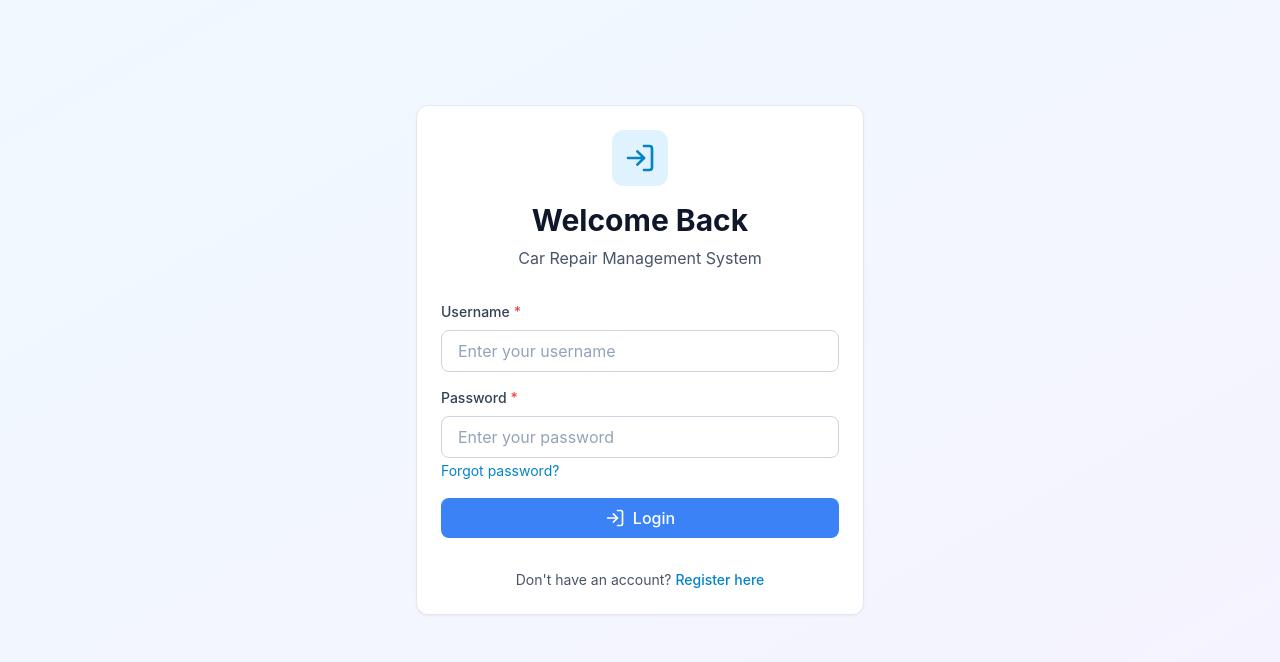
Repository: MUSABENDE-Michel/CRPMS
Page: / (app in frontend-project/)
These files come from the project's save history. The page is drawn as it stood at one moment and after the next save; the edit follows.
The browser window is 1280 px wide. The pictures show the whole page.
The page's requests for data from a server got no answer. The project was rebuilt for these pictures with package versions that can differ from the ones it lists, and the page was loaded fresh each time. No one was signed in, and anything a server would have sent is missing. Also part of the build but not shown: frontend-project/vite.config.js, frontend-project/src/components/Layout.jsx, frontend-project/src/pages/RegisterPage.jsx, frontend-project/src/pages/ForgotPasswordPage.jsx, frontend-project/src/pages/DashboardPage.jsx, frontend-project/src/pages/CarsPage.jsx, frontend-project/src/pages/ServicesPage.jsx, frontend-project/src/pages/ServiceRecordsPage.jsx and 1 more.

Above is the page before, as saved 2026-05-18 21:13:35.

### frontend-project/index.html
<!DOCTYPE html>
<html lang="en">
  <head>
    <meta charset="UTF-8" />
    <link rel="icon" type="image/svg+xml" href="/vite.svg" />
    <meta name="viewport" content="width=device-width, initial-scale=1.0" />
    <title>CRPMS - Car Repair Management System</title>
  </head>
  <body>
    <div id="root"></div>
    <script type="module" src="/src/main.jsx"></script>
  </body>
</html>

### frontend-project/src/main.jsx
import React from 'react';
import ReactDOM from 'react-dom/client';
import App from './App';
import './styles/index.css';

ReactDOM.createRoot(document.getElementById('root')).render(
  <React.StrictMode>
    <App />
  </React.StrictMode>
);

### frontend-project/src/App.jsx
import React from 'react';
import { BrowserRouter as Router, Routes, Route, Navigate } from 'react-router-dom';
import { AuthProvider } from './context/AuthContext';
import { ToastProvider } from './context/ToastContext';
import { useAuth } from './hooks/useCustomHooks';
import { ToastContainer } from './components/UI';
import Layout from './components/Layout';
import LoginPage from './pages/LoginPage';
import RegisterPage from './pages/RegisterPage';
import ForgotPasswordPage from './pages/ForgotPasswordPage';
import DashboardPage from './pages/DashboardPage';
import CarsPage from './pages/CarsPage';
import ServicesPage from './pages/ServicesPage';
import { ServiceRecordsPage, PaymentsPage } from './pages/ServiceRecordsPage';
import ReportsPage from './pages/ReportsPage';
import './styles/index.css';

// Protected Route Component
const ProtectedRoute = ({ children }) => {
  const { isAuthenticated, loading } = useAuth();

  if (loading) {
    return (
      <div className="min-h-screen flex items-center justify-center">
        <div className="spinner w-12 h-12"></div>
      </div>
    );
  }

  return isAuthenticated ? children : <Navigate to="/login" replace />;
};

// Public Route Component
const PublicRoute = ({ children }) => {
  const { isAuthenticated, loading } = useAuth();

  if (loading) {
    return (
      <div className="min-h-screen flex items-center justify-center">
        <div className="spinner w-12 h-12"></div>
      </div>
    );
  }

  return isAuthenticated ? <Navigate to="/dashboard" replace /> : children;
};

// App Routes Component
const AppRoutes = () => {
  return (
    <Routes>
      {/* Public Routes */}
      <Route
        path="/login"
        element={
          <PublicRoute>
            <LoginPage />
          </PublicRoute>
        }
      />
      <Route
        path="/register"
        element={
          <PublicRoute>
            <RegisterPage />
          </PublicRoute>
        }
      />
      <Route
        path="/forgot-password"
        element={
          <PublicRoute>
            <ForgotPasswordPage />
          </PublicRoute>
        }
      />

      {/* Protected Routes */}
      <Route
        path="/dashboard"
        element={
          <ProtectedRoute>
            <Layout>
              <DashboardPage />
            </Layout>
          </ProtectedRoute>
        }
      />
      <Route
        path="/cars"
        element={
          <ProtectedRoute>
            <Layout>
              <CarsPage />
            </Layout>
          </ProtectedRoute>
        }
      />
      <Route
        path="/services"
        element={
          <ProtectedRoute>
            <Layout>
              <ServicesPage />
            </Layout>
          </ProtectedRoute>
        }
      />
      <Route
        path="/service-records"
        element={
          <ProtectedRoute>
            <Layout>
              <ServiceRecordsPage />
            </Layout>
          </ProtectedRoute>
        }
      />
      <Route
        path="/payments"
        element={
          <ProtectedRoute>
            <Layout>
              <PaymentsPage />
            </Layout>
          </ProtectedRoute>
        }
      />
      <Route
        path="/reports"
        element={
          <ProtectedRoute>
            <Layout>
              <ReportsPage />
            </Layout>
          </ProtectedRoute>
        }
      />

      {/* Redirect to dashboard */}
      <Route path="/" element={<Navigate to="/dashboard" replace />} />
      <Route path="*" element={<Navigate to="/dashboard" replace />} />
    </Routes>
  );
};

// Main App Component
function App() {
  return (
    <Router>
      <AuthProvider>
        <ToastProvider>
          <AppRoutes />
          <ToastContainer />
        </ToastProvider>
      </AuthProvider>
    </Router>
  );
}

export default App;

### frontend-project/src/styles/index.css
@tailwind base;
@tailwind components;
@tailwind utilities;

@layer base {
  body {
    @apply bg-white dark:bg-slate-950 text-slate-900 dark:text-slate-50 transition-colors duration-300;
  }
}

@layer components {
  /* Buttons */
  .btn {
    @apply px-4 py-2 rounded-lg font-medium transition-all duration-200 focus:outline-none focus:ring-2 focus:ring-offset-2 dark:focus:ring-offset-slate-950;
  }

  .btn-primary {
    @apply btn bg-blue-500 text-white hover:bg-blue-600 focus:ring-blue-500;
  }

  .btn-secondary {
    @apply btn bg-purple-500 text-white hover:bg-purple-600 focus:ring-purple-500;
  }

  .btn-outline {
    @apply btn border-2 border-blue-500 text-blue-500 hover:bg-blue-50 dark:hover:bg-blue-950 focus:ring-blue-500;
  }

  .btn-danger {
    @apply btn bg-red-500 text-white hover:bg-red-600 focus:ring-red-500;
  }

  .btn-success {
    @apply btn bg-green-500 text-white hover:bg-green-600 focus:ring-green-500;
  }

  .btn-sm {
    @apply px-3 py-1 text-sm;
  }

  .btn-lg {
    @apply px-6 py-3 text-lg;
  }

  .btn-disabled {
    @apply opacity-50 cursor-not-allowed hover:opacity-50;
  }

  /* Cards */
  .card {
    @apply bg-white dark:bg-slate-900 rounded-xl shadow-sm border border-slate-200 dark:border-slate-800 p-6;
  }

  .card-hover {
    @apply card hover:shadow-md transition-shadow duration-200;
  }

  /* Forms */
  .form-group {
    @apply flex flex-col gap-2;
  }

  .form-label {
    @apply text-sm font-medium text-slate-700 dark:text-slate-300;
  }

  .form-input {
    @apply px-4 py-2 border border-slate-300 dark:border-slate-700 rounded-lg bg-white dark:bg-slate-800 text-slate-900 dark:text-slate-50 placeholder-slate-400 dark:placeholder-slate-600 focus:outline-none focus:ring-2 focus:ring-blue-500 focus:border-transparent transition-all duration-200;
  }

  .form-input-error {
    @apply border-red-500 focus:ring-red-500;
  }

  .form-error {
    @apply text-red-500 dark:text-red-400 text-xs mt-1;
  }

  /* Tables */
  .table-container {
    @apply overflow-x-auto rounded-lg border border-slate-200 dark:border-slate-800;
  }

  .table-header {
    @apply bg-slate-50 dark:bg-slate-800 border-b border-slate-200 dark:border-slate-700;
  }

  .table-row {
    @apply border-b border-slate-200 dark:border-slate-800 hover:bg-slate-50 dark:hover:bg-slate-800 transition-colors duration-150;
  }

  .table-cell {
    @apply px-6 py-4 text-sm text-slate-700 dark:text-slate-300;
  }

  /* Badges */
  .badge {
    @apply inline-flex items-center gap-2 px-3 py-1 rounded-full text-xs font-medium;
  }

  .badge-primary {
    @apply badge bg-blue-100 text-blue-800 dark:bg-blue-900 dark:text-blue-200;
  }

  .badge-secondary {
    @apply badge bg-purple-100 text-purple-800 dark:bg-purple-900 dark:text-purple-200;
  }

  .badge-success {
    @apply badge bg-green-100 text-green-800 dark:bg-green-900 dark:text-green-200;
  }

  .badge-warning {
    @apply badge bg-yellow-100 text-yellow-800 dark:bg-yellow-900 dark:text-yellow-200;
  }

  .badge-danger {
    @apply badge bg-red-100 text-red-800 dark:bg-red-900 dark:text-red-200;
  }

  /* Modals */
  .modal-overlay {
    @apply fixed inset-0 bg-black/50 dark:bg-black/70 flex items-center justify-center z-50;
  }

  .modal-content {
    @apply card max-w-md w-full mx-4 max-h-screen overflow-y-auto;
  }

  /* Alerts */
  .alert {
    @apply px-4 py-3 rounded-lg flex items-start gap-3 text-sm;
  }

  .alert-success {
    @apply alert bg-green-50 dark:bg-green-900/20 text-green-800 dark:text-green-200 border border-green-200 dark:border-green-800;
  }

  .alert-error {
    @apply alert bg-red-50 dark:bg-red-900/20 text-red-800 dark:text-red-200 border border-red-200 dark:border-red-800;
  }

  .alert-warning {
    @apply alert bg-yellow-50 dark:bg-yellow-900/20 text-yellow-800 dark:text-yellow-200 border border-yellow-200 dark:border-yellow-800;
  }

  .alert-info {
    @apply alert bg-blue-50 dark:bg-blue-900/20 text-blue-800 dark:text-blue-200 border border-blue-200 dark:border-blue-800;
  }

  /* Skeleton loaders */
  .skeleton {
    @apply bg-slate-200 dark:bg-slate-800 animate-pulse rounded;
  }

  .skeleton-text {
    @apply skeleton h-4 w-full;
  }

  .skeleton-avatar {
    @apply skeleton h-12 w-12 rounded-full;
  }

  /* Loading spinner */
  .spinner {
    @apply border-4 border-slate-200 dark:border-slate-700 border-t-blue-500 rounded-full animate-spin;
  }
}

@layer utilities {
  .gradient-primary {
    @apply bg-gradient-to-r from-blue-500 to-purple-500;
  }

  .gradient-text {
    @apply bg-gradient-to-r from-blue-500 to-purple-500 bg-clip-text text-transparent;
  }

  .flex-center {
    @apply flex items-center justify-center;
  }

  .flex-between {
    @apply flex items-center justify-between;
  }

  .grid-cols-auto {
    @apply grid grid-cols-1 sm:grid-cols-2 lg:grid-cols-3 xl:grid-cols-4 gap-4;
  }

  .scrollbar-hide::-webkit-scrollbar {
    display: none;
  }

  .scrollbar-hide {
    -ms-overflow-style: none;
    scrollbar-width: none;
  }
}

/* Animations */
@keyframes fade-in {
  from {
    opacity: 0;
  }
  to {
    opacity: 1;
  }
}

@keyframes slide-in {
  from {
    transform: translateX(-100%);
  }
  to {
    transform: translateX(0);
  }
}

.animate-fade-in {
  animation: fade-in 0.3s ease-in-out;
}

.animate-slide-in {
  animation: slide-in 0.3s ease-in-out;
}

### frontend-project/src/context/AuthContext.jsx
import React, { createContext, useState, useEffect, useRef, useCallback } from 'react';
import { authAPI } from '../api/apiClient';

export const AuthContext = createContext(null);

export const AuthProvider = ({ children }) => {
  const [user, setUser] = useState(null);
  const [isAuthenticated, setIsAuthenticated] = useState(false);
  const [loading, setLoading] = useState(true);
  const isMounted = useRef(true);

  useEffect(() => {
    isMounted.current = true;
    return () => {
      isMounted.current = false;
    };
  }, []);

  const checkAuth = useCallback(async () => {
    try {
      const response = await authAPI.getCurrentUser();
      if (isMounted.current) {
        if (response.data.success) {
          setUser(response.data.data);
          setIsAuthenticated(true);
        } else {
          setUser(null);
          setIsAuthenticated(false);
        }
      }
    } catch (error) {
      if (isMounted.current) {
        setUser(null);
        setIsAuthenticated(false);
      }
    } finally {
      if (isMounted.current) {
        setLoading(false);
      }
    }
  }, []);

  useEffect(() => {
    checkAuth();
    // eslint-disable-next-line react-hooks/exhaustive-deps
  }, []); // Empty dependency array - runs only once on mount

  const login = useCallback(async (username, password) => {
    const response = await authAPI.login({ username, password });
    if (response.data.success) {
      setUser(response.data.data);
      setIsAuthenticated(true);
      return response.data;
    }
    throw new Error(response.data.message || 'Login failed');
  }, []);

  const register = useCallback(async (username, password, confirmPassword, securityQuestion, securityAnswer) => {
    const response = await authAPI.register({
      username,
      password,
      confirmPassword,
      securityQuestion,
      securityAnswer,
    });
    if (response.data.success) {
      return response.data;
    }
    throw new Error(response.data.message || 'Registration failed');
  }, []);

  const logout = useCallback(async () => {
    try {
      await authAPI.logout();
    } catch (error) {
      console.error('Logout error:', error);
    } finally {
      setUser(null);
      setIsAuthenticated(false);
    }
  }, []);

  const value = {
    user,
    isAuthenticated,
    loading,
    login,
    register,
    logout,
  };

  return <AuthContext.Provider value={value}>{children}</AuthContext.Provider>;
};

### frontend-project/src/context/ToastContext.jsx
import React, { createContext, useState, useCallback } from 'react';

// Create context
export const ToastContext = createContext(null);

// Export the provider component
export const ToastProvider = ({ children }) => {
  const [toasts, setToasts] = useState([]);

  const addToast = useCallback((message, type = 'info') => {
    const id = Date.now();
    setToasts((prev) => [...prev, { id, message, type }]);

    // Auto remove after 3 seconds
    setTimeout(() => {
      setToasts((prev) => prev.filter((toast) => toast.id !== id));
    }, 3000);
  }, []);

  const removeToast = useCallback((id) => {
    setToasts((prev) => prev.filter((toast) => toast.id !== id));
  }, []);

  const value = {
    toasts,
    addToast,
    removeToast,
  };

  return (
    <ToastContext.Provider value={value}>
      {children}
    </ToastContext.Provider>
  );
};

### frontend-project/src/pages/LoginPage.jsx
import React, { useState } from 'react';
import { useNavigate, Link } from 'react-router-dom';
import { useAuth, useToast } from '../hooks/useCustomHooks';
import { FormGroup, Input, Loading } from '../components/UI';
import { validateUsername, validatePassword } from '../utils/helpers';
import { LogIn } from 'lucide-react';

const LoginPage = () => {
  const navigate = useNavigate();
  const { login } = useAuth();
  const { addToast } = useToast();
  const [loading, setLoading] = useState(false);
  const [errors, setErrors] = useState({});
  const [formData, setFormData] = useState({
    username: '',
    password: '',
  });

  const handleChange = (e) => {
    const { name, value } = e.target;
    setFormData((prev) => ({ ...prev, [name]: value }));
    setErrors((prev) => ({ ...prev, [name]: '' }));
  };

  const validate = () => {
    const newErrors = {};

    if (!formData.username) {
      newErrors.username = 'Username is required';
    } else if (!validateUsername(formData.username)) {
      newErrors.username = 'Username must be at least 3 characters';
    }

    if (!formData.password) {
      newErrors.password = 'Password is required';
    } else if (!validatePassword(formData.password)) {
      newErrors.password = 'Password must be at least 6 characters';
    }

    setErrors(newErrors);
    return Object.keys(newErrors).length === 0;
  };

  const handleSubmit = async (e) => {
    e.preventDefault();

    if (!validate()) return;

    try {
      setLoading(true);
      await login(formData.username, formData.password);
      addToast('Login successful!', 'success');
      navigate('/dashboard');
    } catch (error) {
      addToast(error.message || 'Login failed', 'error');
    } finally {
      setLoading(false);
    }
  };

  return (
    <div className="min-h-screen bg-gradient-to-br from-primary-50 to-secondary-50 dark:from-slate-900 dark:to-slate-950 flex items-center justify-center p-4">
      <div className="w-full max-w-md">
        <div className="card space-y-8">
          {/* Header */}
          <div className="text-center space-y-2">
            <div className="flex justify-center mb-4">
              <div className="p-3 bg-primary-100 dark:bg-primary-900/30 rounded-xl">
                <LogIn className="w-8 h-8 text-primary-600 dark:text-primary-400" />
              </div>
            </div>
            <h1 className="text-3xl font-bold text-slate-900 dark:text-white">Welcome Back</h1>
            <p className="text-slate-600 dark:text-slate-400">Car Repair Management System</p>
          </div>

          {/* Form */}
          <form onSubmit={handleSubmit} className="space-y-4">
            <FormGroup
              label="Username"
              error={errors.username}
              required
            >
              <Input
                type="text"
                name="username"
                placeholder="Enter your username"
                value={formData.username}
                onChange={handleChange}
                disabled={loading}
                error={!!errors.username}
              />
            </FormGroup>

            <FormGroup
              label="Password"
              error={errors.password}
              required
            >
              <Input
                type="password"
                name="password"
                placeholder="Enter your password"
                value={formData.password}
                onChange={handleChange}
                disabled={loading}
                error={!!errors.password}
              />
            </FormGroup>

            <Link
              to="/forgot-password"
              className="text-sm text-primary-600 dark:text-primary-400 hover:underline"
            >
              Forgot password?
            </Link>

            <button
              type="submit"
              disabled={loading}
              className="w-full btn btn-primary flex items-center justify-center gap-2"
            >
              {loading ? <Loading size="sm" /> : <LogIn className="w-5 h-5" />}
              {loading ? 'Logging in...' : 'Login'}
            </button>
          </form>

          {/* Register Link */}
          <div className="text-center text-sm text-slate-600 dark:text-slate-400">
            Don't have an account?{' '}
            <Link
              to="/register"
              className="text-primary-600 dark:text-primary-400 font-medium hover:underline"
            >
              Register here
            </Link>
          </div>
        </div>
      </div>
    </div>
  );
};

export default LoginPage;

Loaded but not shown: frontend-project/src/utils/helpers.js (240 lines, source omitted); frontend-project/src/api/apiClient.js (121 lines, source omitted); frontend-project/src/hooks/useCustomHooks.js (44 lines, source omitted); frontend-project/tailwind.config.js (54 lines, source omitted); frontend-project/src/components/UI.jsx (255 lines, source omitted)

After the next save:
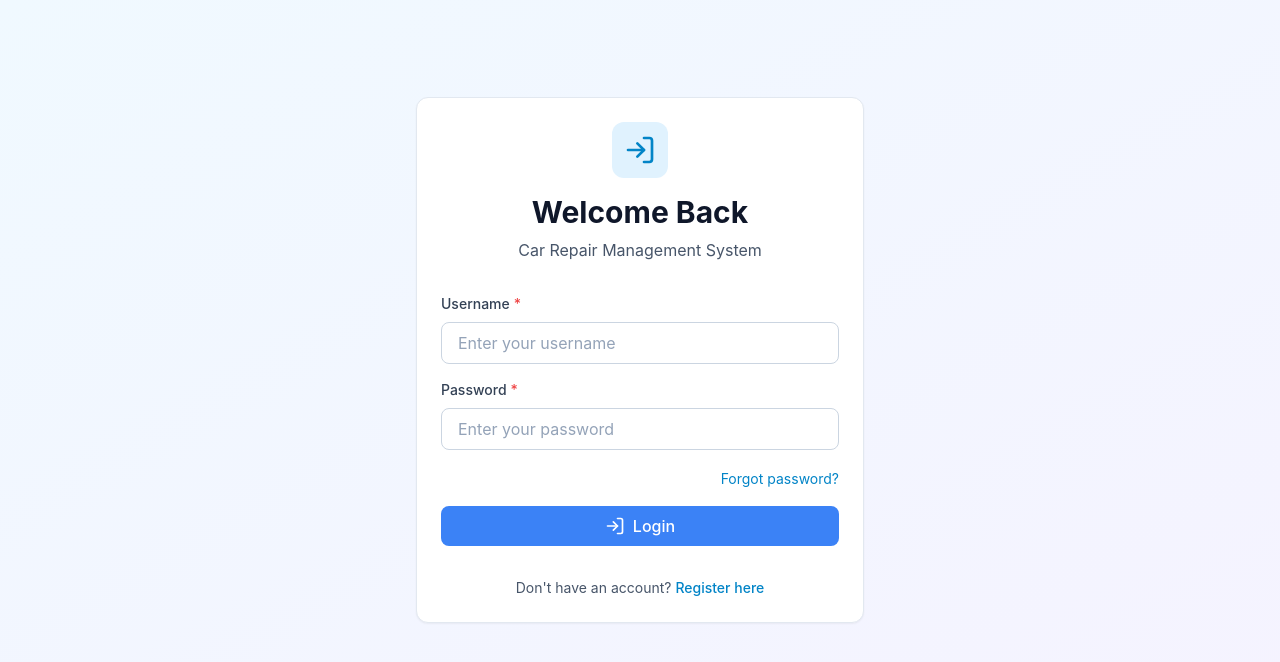
Saved 45 s later.
--- a/frontend-project/src/pages/LoginPage.jsx
+++ b/frontend-project/src/pages/LoginPage.jsx
@@ -1,13 +1,12 @@
-import React, { useState } from 'react';
+import React, { useState, useEffect } from 'react';
 import { useNavigate, Link } from 'react-router-dom';
 import { useAuth, useToast } from '../hooks/useCustomHooks';
 import { FormGroup, Input, Loading } from '../components/UI';
-import { validateUsername, validatePassword } from '../utils/helpers';
 import { LogIn } from 'lucide-react';
 
 const LoginPage = () => {
   const navigate = useNavigate();
-  const { login } = useAuth();
+  const { login, isAuthenticated, loading: authLoading } = useAuth();
   const { addToast } = useToast();
   const [loading, setLoading] = useState(false);
   const [errors, setErrors] = useState({});
@@ -16,47 +15,65 @@ const LoginPage = () => {
     password: '',
   });
 
+  // Redirect if already authenticated - FIX for infinite loop
+  useEffect(() => {
+    if (!authLoading && isAuthenticated) {
+      navigate('/dashboard', { replace: true });
+    }
+  }, [isAuthenticated, authLoading, navigate]);
+
   const handleChange = (e) => {
     const { name, value } = e.target;
     setFormData((prev) => ({ ...prev, [name]: value }));
-    setErrors((prev) => ({ ...prev, [name]: '' }));
+    if (errors[name]) {
+      setErrors((prev) => ({ ...prev, [name]: '' }));
+    }
   };
 
   const validate = () => {
     const newErrors = {};
-
-    if (!formData.username) {
+    if (!formData.username.trim()) {
       newErrors.username = 'Username is required';
-    } else if (!validateUsername(formData.username)) {
+    } else if (formData.username.length < 3) {
       newErrors.username = 'Username must be at least 3 characters';
     }
-
     if (!formData.password) {
       newErrors.password = 'Password is required';
-    } else if (!validatePassword(formData.password)) {
+    } else if (formData.password.length < 6) {
       newErrors.password = 'Password must be at least 6 characters';
     }
-
     setErrors(newErrors);
     return Object.keys(newErrors).length === 0;
   };
 
   const handleSubmit = async (e) => {
     e.preventDefault();
-
     if (!validate()) return;
 
+    setLoading(true);
     try {
-      setLoading(true);
       await login(formData.username, formData.password);
       addToast('Login successful!', 'success');
-      navigate('/dashboard');
+      // Navigation happens in useEffect after isAuthenticated changes
     } catch (error) {
-      addToast(error.message || 'Login failed', 'error');
-    } finally {
+      addToast(error.message || 'Login failed. Please check your credentials.', 'error');
       setLoading(false);
     }
   };
+
+  // Show loading spinner while checking auth
+  if (authLoading) {
+    return (
+      <div className="min-h-screen flex items-center justify-center">
+        <Loading size="lg" />
+      </div>
+    );
+  }
+
+  // Don't render login form if already authenticated (prevents flash)
+  if (isAuthenticated) {
+    return null;
+  }
 
   return (
     <div className="min-h-screen bg-gradient-to-br from-primary-50 to-secondary-50 dark:from-slate-900 dark:to-slate-950 flex items-center justify-center p-4">
@@ -75,11 +92,7 @@ const LoginPage = () => {
 
           {/* Form */}
           <form onSubmit={handleSubmit} className="space-y-4">
-            <FormGroup
-              label="Username"
-              error={errors.username}
-              required
-            >
+            <FormGroup label="Username" error={errors.username} required>
               <Input
                 type="text"
                 name="username"
@@ -88,14 +101,11 @@ const LoginPage = () => {
                 onChange={handleChange}
                 disabled={loading}
                 error={!!errors.username}
+                autoComplete="username"
               />
             </FormGroup>
 
-            <FormGroup
-              label="Password"
-              error={errors.password}
-              required
-            >
+            <FormGroup label="Password" error={errors.password} required>
               <Input
                 type="password"
                 name="password"
@@ -104,15 +114,18 @@ const LoginPage = () => {
                 onChange={handleChange}
                 disabled={loading}
                 error={!!errors.password}
+                autoComplete="current-password"
               />
             </FormGroup>
 
-            <Link
-              to="/forgot-password"
-              className="text-sm text-primary-600 dark:text-primary-400 hover:underline"
-            >
-              Forgot password?
-            </Link>
+            <div className="text-right">
+              <Link
+                to="/forgot-password"
+                className="text-sm text-primary-600 dark:text-primary-400 hover:underline"
+              >
+                Forgot password?
+              </Link>
+            </div>
 
             <button
               type="submit"
